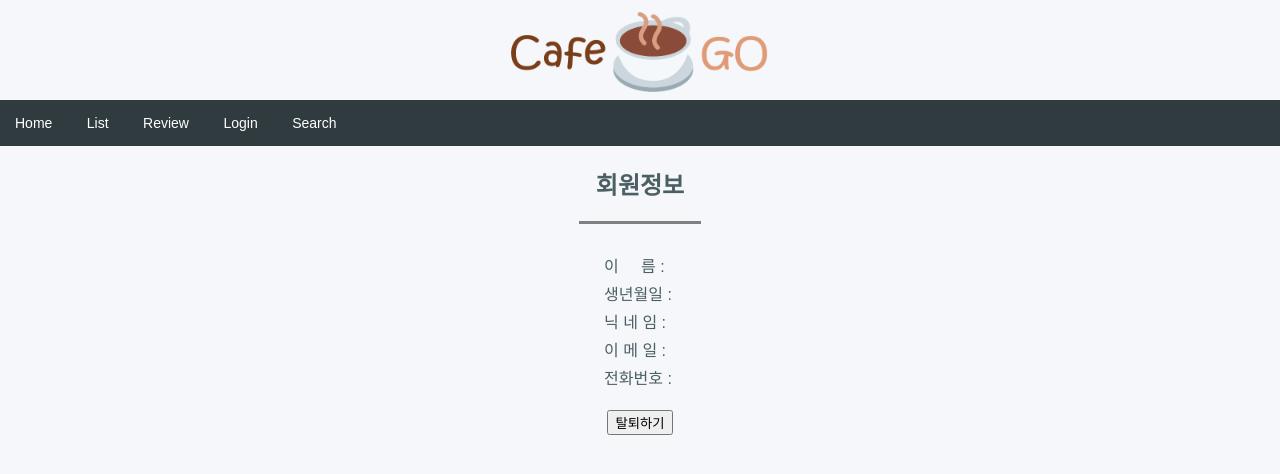
Repository: JuYeong0413/Web-Programming
Page: http://localhost/CafeGo/myPage.jsp
The author's editor kept a copy of each file at every save. The page is drawn from the files as they stood at one save, then again after the next save.
The browser window is 1280 px wide. The pictures show the whole page.
The page is served by Tomcat 9. Queries for data that is not in the repository find no rows.

Above is the page before, as saved 2018-12-22 16:22:54.

After the next save:
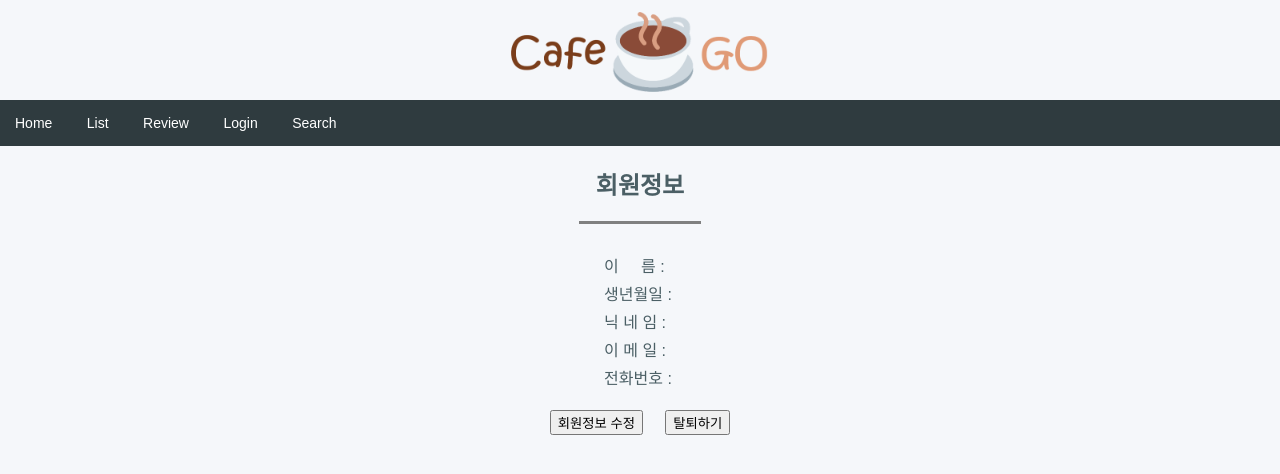
Saved 77 s later.
--- a/Project/CafeGo/WebContent/myPage.jsp
+++ b/Project/CafeGo/WebContent/myPage.jsp
@@ -69,6 +69,7 @@
   </tr>
 </table>
 <br>
+<input type="button" value="회원정보 수정" onclick="location.href='infoModify.jsp'"> &nbsp; &nbsp;
 <input type="button" value="탈퇴하기" onclick="onClick()">
 
 <script>
